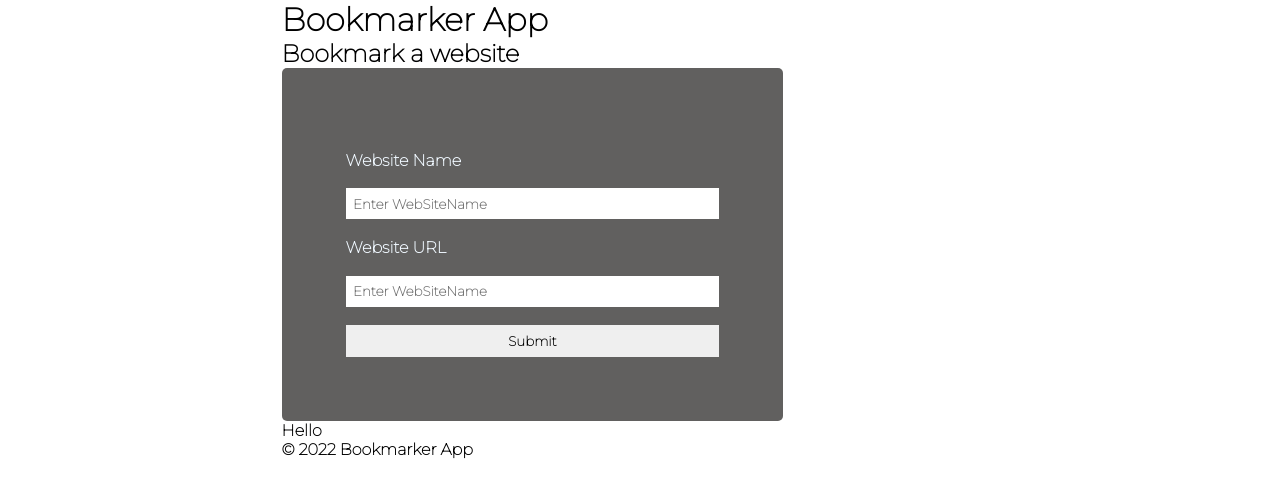
Repository: Suporl9/BookMarkerApp
Page: index.html
An editor plug-in stored every save of this project. The page is shown before and after the next save, followed by the edit.
The browser window is 1280 px wide. The pictures show the whole page.

Above is the page before, as saved 2021-11-21 20:55:09.

### index.html
<!DOCTYPE html>
<html lang="en">
  <head>
    <meta charset="UTF-8" />
    <meta http-equiv="X-UA-Compatible" content="IE=edge" />
    <meta name="viewport" content="width=device-width, initial-scale=1.0" />
    <link rel="stylesheet" href="./style.css" />
    <title>Document</title>
  </head>
  <body>
    <div class="container">
      <div class="innerContainer">
        <div class="bookmarkerSection"><h1>Bookmarker App</h1></div>
        <div class="vh"></div>
        <div class="formInput">
          <form class="formSec">
            <h2>Bookmark a website</h2>
            <div class="sitesec">
              <label class="labc" name="siteName">Website Name</label>
              <input
                type="text"
                name="sitename"
                placeholder="Enter WebSiteName"
                class="inpClass"
              />
              <label class="labc" name="siteName">Website URL</label>
              <input
                type="text"
                name="sitename"
                class="inpClass"
                placeholder="Enter WebSiteName"
              />
              <button class="submBtn">Submit</button>
            </div>
          </form>
        </div>
        <div class="toBeAdded">Hello</div>
        <footer class="footer">
          <p>&copy; 2022 Bookmarker App</p>
        </footer>
      </div>
    </div>
  </body>
</html>

### style.css
@import url("https://fonts.googleapis.com/css2?family=Montserrat:wght@100&display=swap");

:root {
  --main-bg-color: rgb(255, 255, 255);
  --main-grey: rgb(97, 96, 95);
}
* {
  /* background-color: var(--main-bg-color); */
  font-family: "Montserrat", sans-serif;
  box-sizing: border-box; /* includes padding in height and width(the box outside doesnot get bigger when adding padding and stuff)*/
  margin: 0;
  padding: 0;
  font-weight: bold;
  border: none;
}
body {
  /* background: #0d0d0d;
  font-family: "Poppins", sans-serif; */
  width: 80%;
  margin: auto;
  /* line-height: 1.5;
  color: #fff; */
}
.container {
  /* background-color: var(--main-bg-color); */
  font-family: "Montserrat", sans-serif;
  /* margin: auto; */
  /* width: 80%; */
  display: flex;
  justify-content: center;
}
.innerContainer,
.formSec {
  display: flex;
  flex-direction: column;
  width: 70%;
}
.sitesec {
  display: flex;
  flex-direction: column;
  background-color: var(--main-grey);
  padding: 4rem;
  border-radius: 5px;
  color: aliceblue;
}
.submBtn {
  margin-top: 5%;
  padding: 0.5rem;
}
.inpClass {
  margin-top: 5%;
  padding: 2%;
}
.labc {
  margin-top: 5%;
}
/* .formSec,
.sitesec {
  display: flex;
  flex-direction: column;
} */
/* .sitesec {
  display: flex;
  flex-direction: column;
}
 */

After the next save:
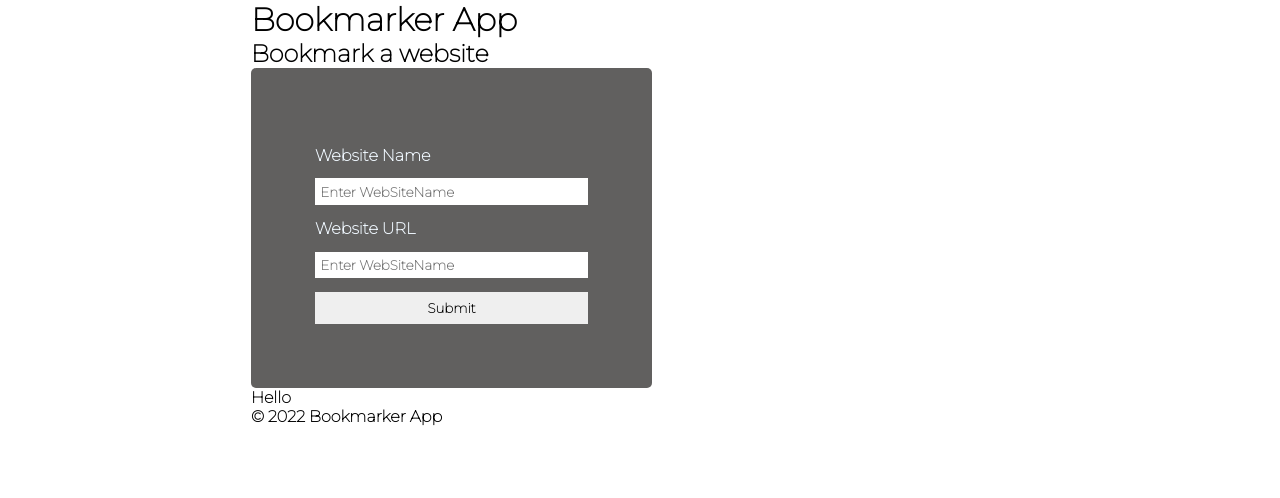
Saved 45 s later.
--- a/style.css
+++ b/style.css
@@ -25,7 +25,7 @@
   /* background-color: var(--main-bg-color); */
   font-family: "Montserrat", sans-serif;
   /* margin: auto; */
-  /* width: 80%; */
+  width: 80%;
   display: flex;
   justify-content: center;
 }

After the save that followed:
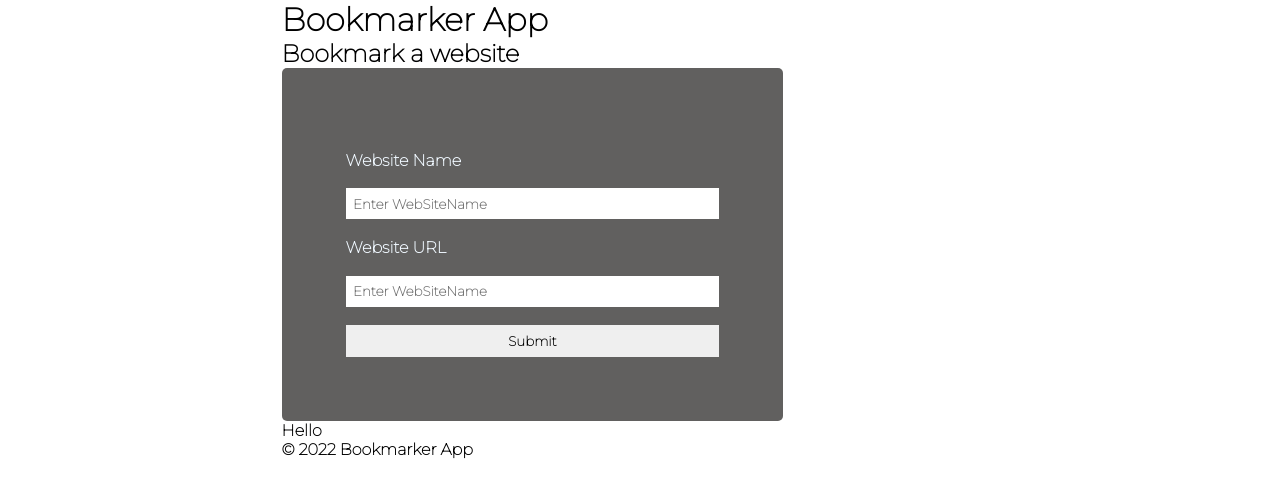
Saved 14 s later.
--- a/style.css
+++ b/style.css
@@ -25,7 +25,7 @@
   /* background-color: var(--main-bg-color); */
   font-family: "Montserrat", sans-serif;
   /* margin: auto; */
-  width: 80%;
+  /* width: 80%; */
   display: flex;
   justify-content: center;
 }
